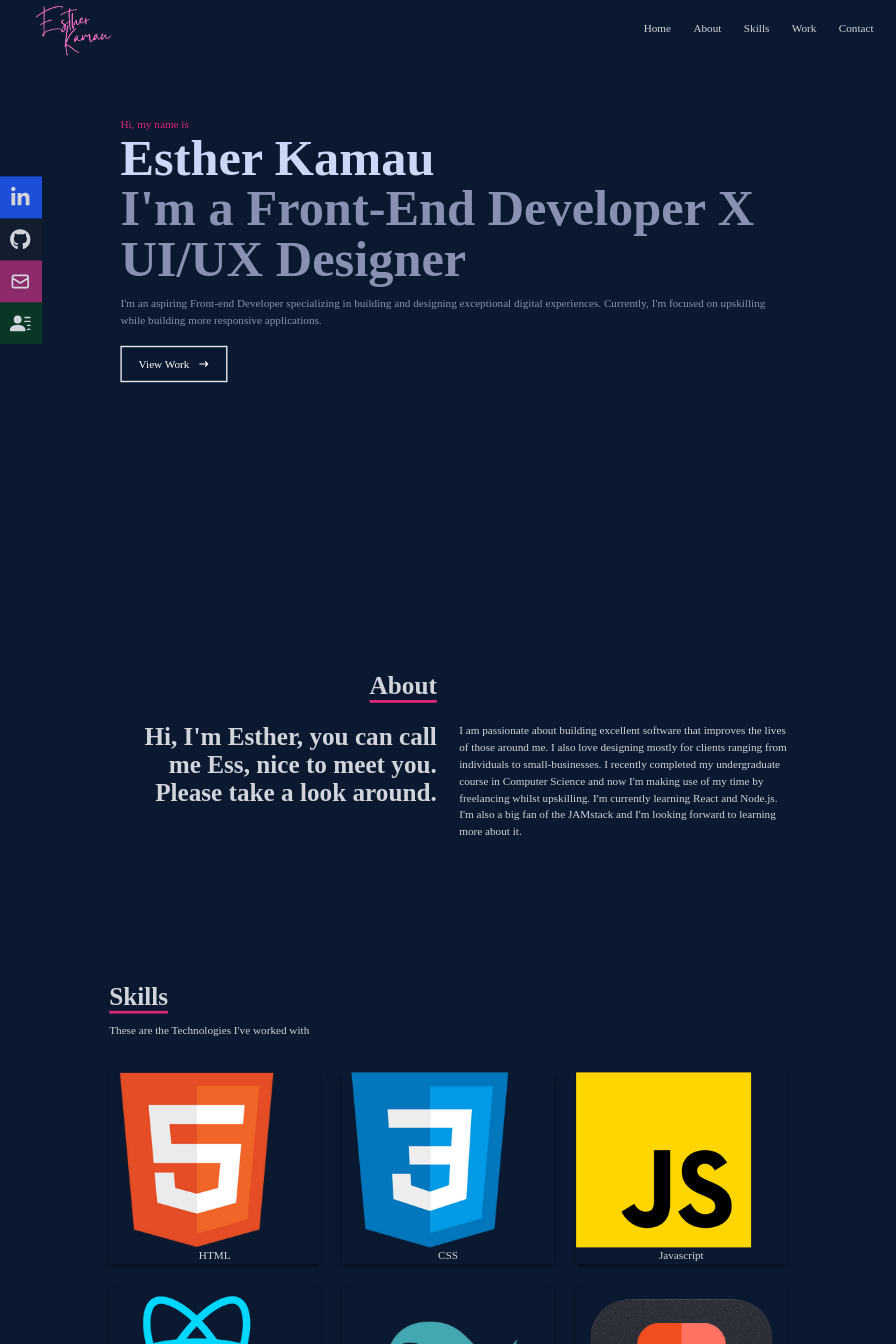
Repository: Esther-Kamau/Z-to-M
Page: /
The author's editor kept a copy of each file at every save. The page is drawn from the files as they stood at one save, then again after the next save.
The browser window is 1280 px wide. The pictures show the part of the page from y = 0 to 1920 px (the page is 3610 px tall before and 3634 px after), at 70% of full size.
The project was rebuilt for these pictures with package versions that can differ from the ones it lists, and the page was loaded fresh each time.

Above is the page before, as saved 2023-03-09 14:44:14.

After the next save:
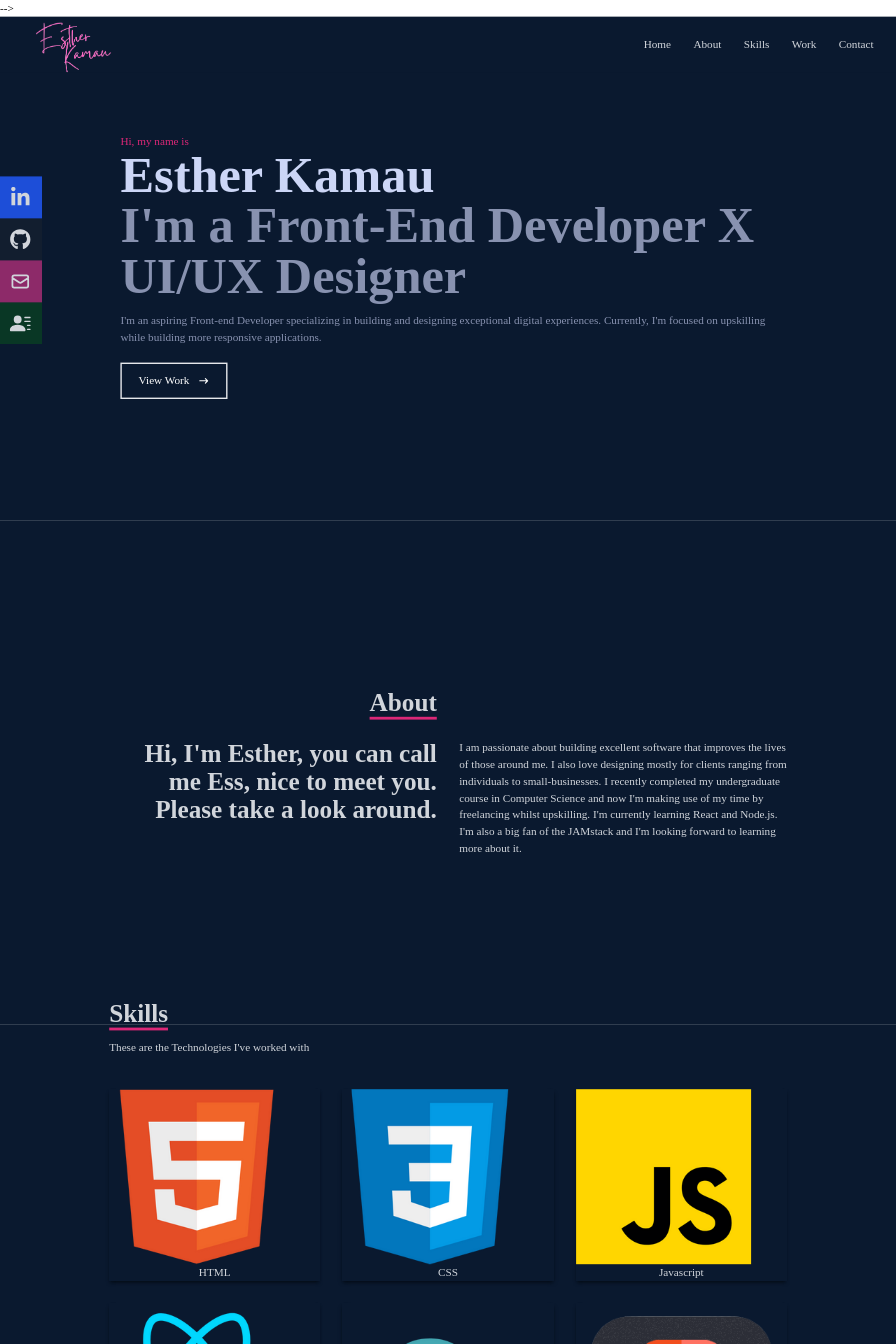
Saved 4 s later.
--- a/public/index.html
+++ b/public/index.html
@@ -10,9 +10,7 @@
       content="Ess Kamau"
     />
     <link rel="apple-touch-icon" href="./small.png" />
-    <!--
-      manifest.json provides metadata used when your web app is installed on a
-      user's mobile device or desktop. See https://developers.google.com/web/fundamentals/web-app-manifest/
+
     -->
     <link rel="manifest" href="./small.png" />
 

After the 3 saves that followed:
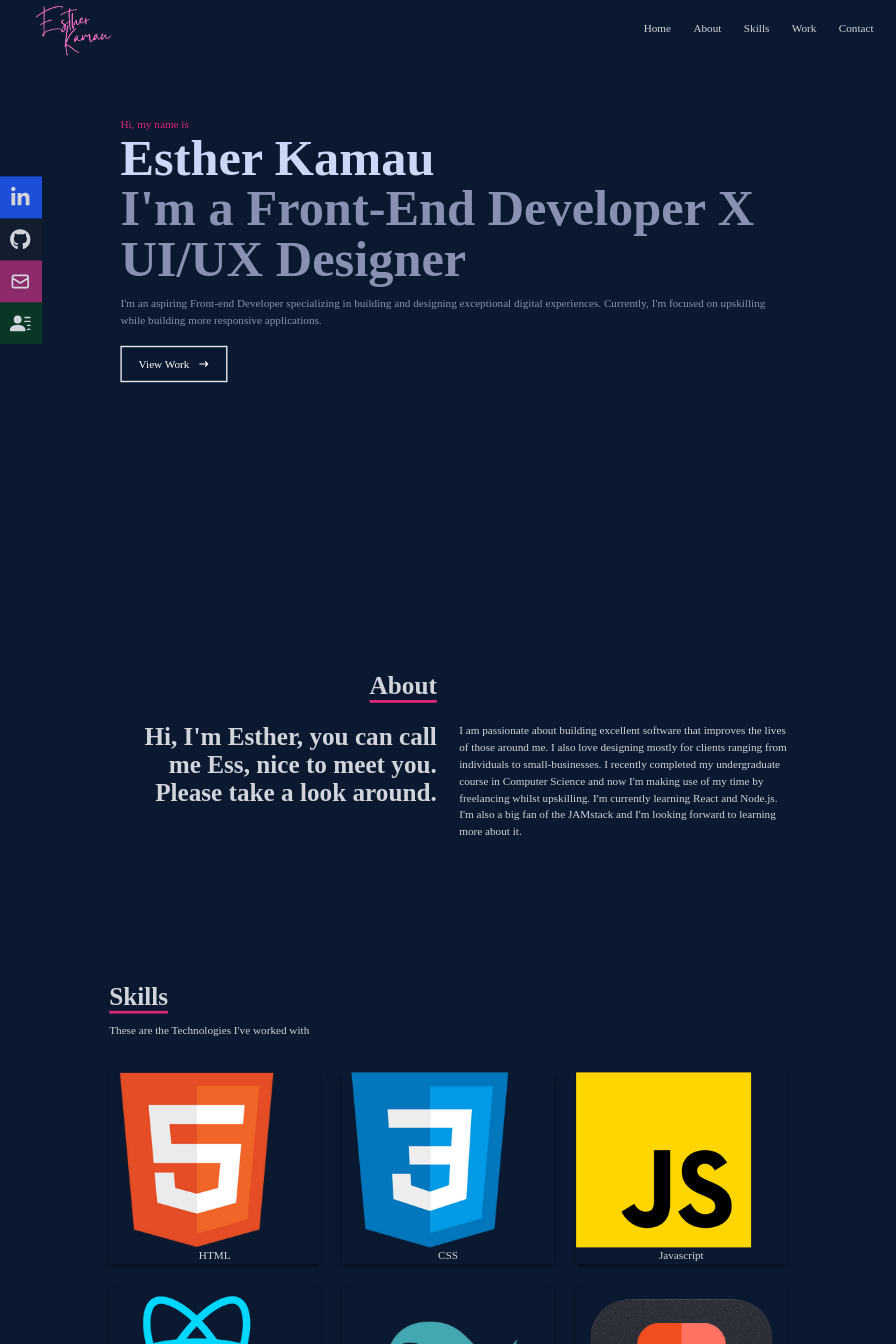
The 3 saves are shown as one change because 1 left the picture as it was and some came seconds apart.
The last was saved 14 s later.
--- a/public/index.html
+++ b/public/index.html
@@ -11,7 +11,7 @@
     />
     <link rel="apple-touch-icon" href="./small.png" />
 
-    -->
+
     <link rel="manifest" href="./small.png" />
 
     <title>Esther Kamau</title>
@@ -19,15 +19,5 @@
   <body>
     <noscript>You need to enable JavaScript to run this app.</noscript>
     <div id="root"></div>
-    <!--
-      This HTML file is a template.
-      If you open it directly in the browser, you will see an empty page.
-
-      You can add webfonts, meta tags, or analytics to this file.
-      The build step will place the bundled scripts into the <body> tag.
-
-      To begin the development, run `npm start` or `yarn start`.
-      To create a production bundle, use `npm run build` or `yarn build`.
-    -->
-  </body>
+   </body>
 </html>
